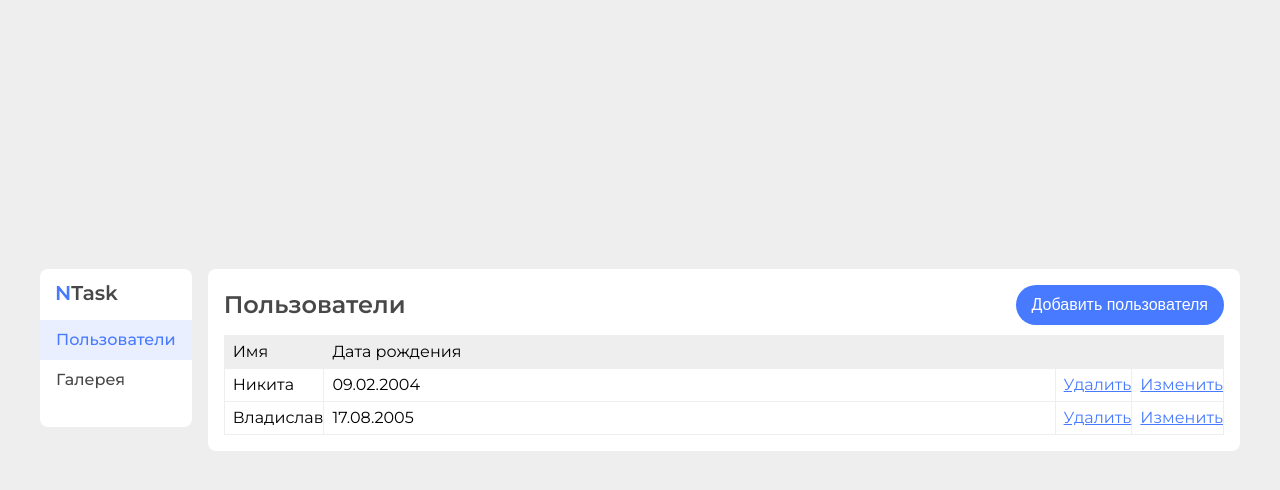
Repository: Grid-Master/NTask
Page: /
The author's editor kept a copy of each file at every save. The page is drawn from the files as they stood at one save, then again after the next save.
The browser window is 1280 px wide. The pictures show the whole page.
The project was rebuilt for these pictures with package versions that can differ from the ones it lists, and the page was loaded fresh each time. Also part of the build but not shown: src/components/gallery/gallery.sass, src/components/gallery/Gallery.tsx, src/components/updateUser/updateUser.sass, src/components/updateUser/UpdateUser.tsx.

Above is the page before, as saved 2023-06-09 19:52:06.

After the next save:
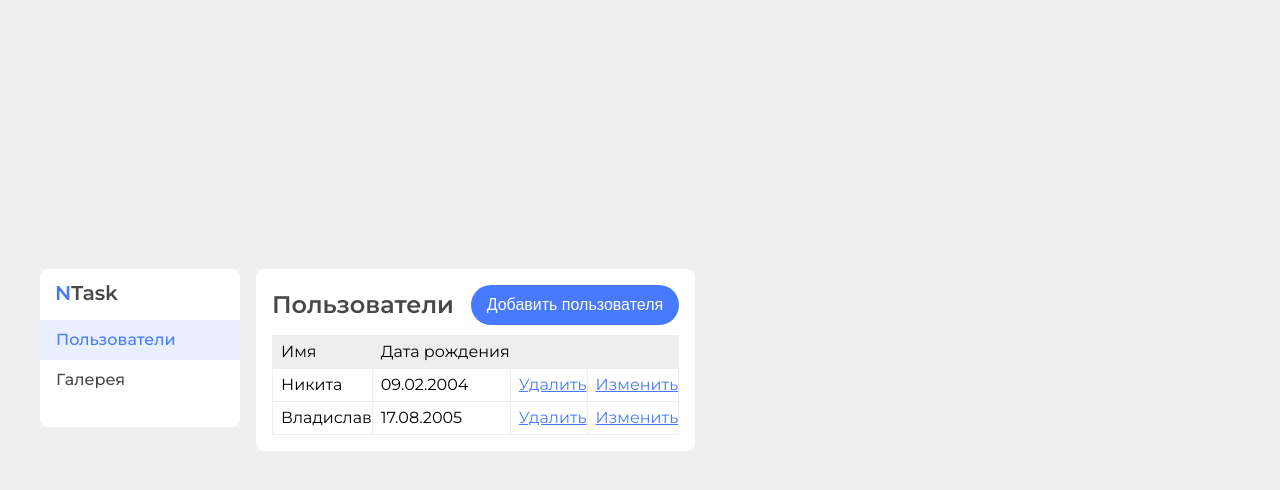
Saved 9 s later.
--- a/src/components/userList/userList.sass
+++ b/src/components/userList/userList.sass
@@ -44,7 +44,7 @@
             &:hover
                 opacity: .8
         tr td:nth-child(2)
-            width: 3000px
+            height: 10px
         // tr:first-child td:first-child
         //     border-radius: 8px 0 0 0
         // tr:first-child td:last-child
